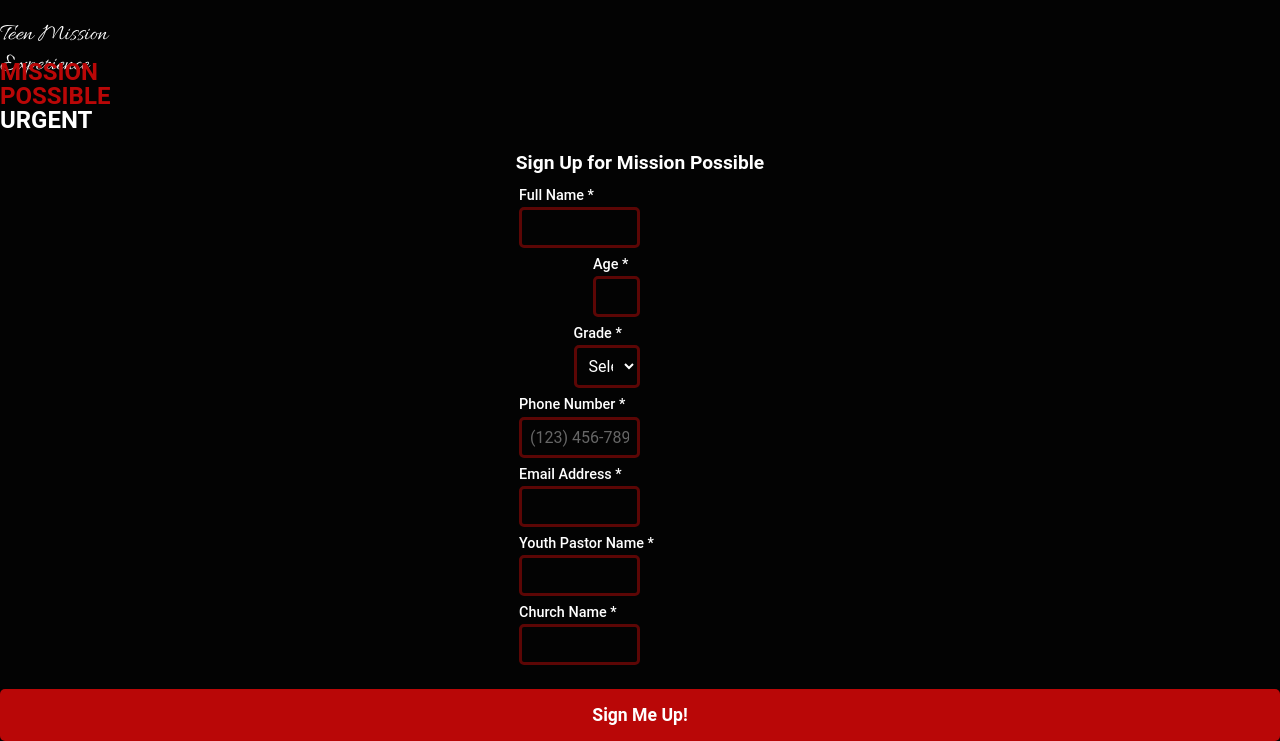
Repository: Aworminator/Wyandotte-Family-Love-Week
Page: index.html
An editor plug-in stored every save of this project. The page is shown before and after a run of saves, followed by the edit.
The browser window is 1280 px wide. The pictures show the whole page.

Above is the page before, as saved 2025-11-01 09:40:15.

After the next 2 saves:
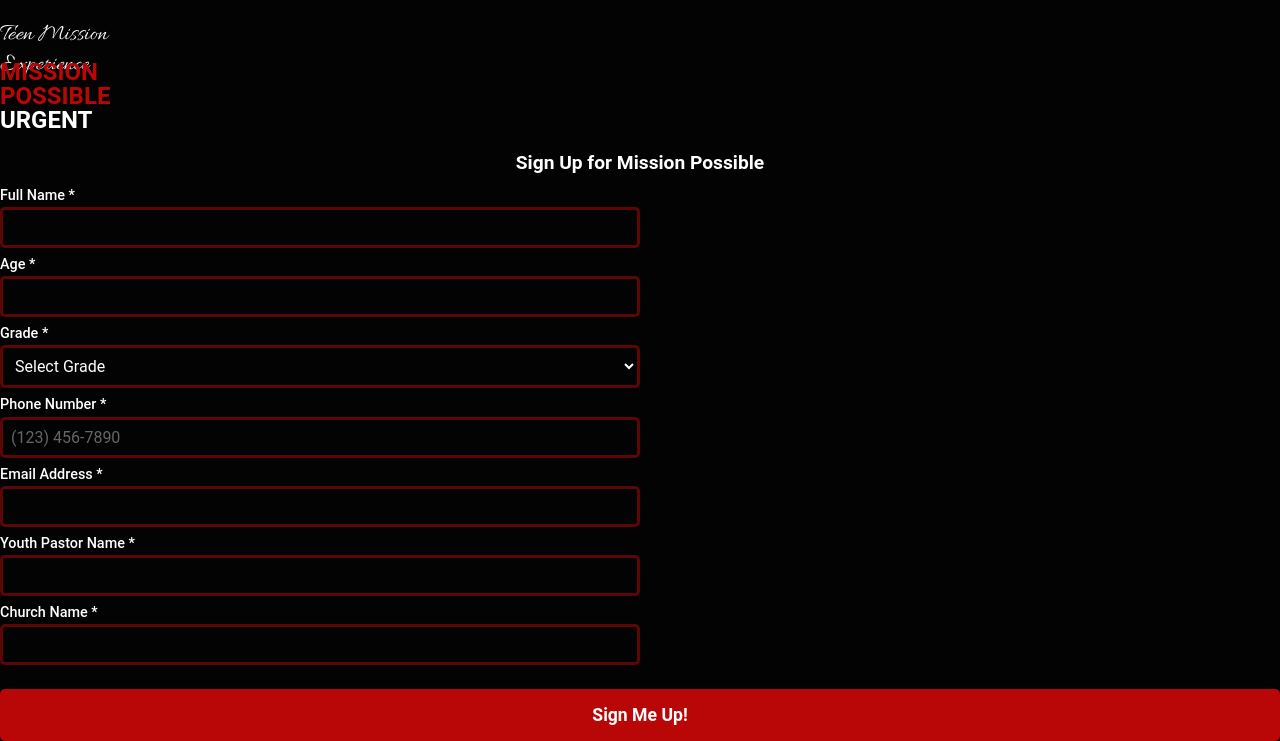
The 2 saves are shown as one change because they came seconds apart.
The last was saved 10 s later.
--- a/style.css
+++ b/style.css
@@ -90,8 +90,6 @@
 #signupForm {
   display: flex;
   flex-direction: column;
-  justify-content: flex-end;
-  align-items: center;
 }
 
 .form-group input,

After the 5 saves that followed:
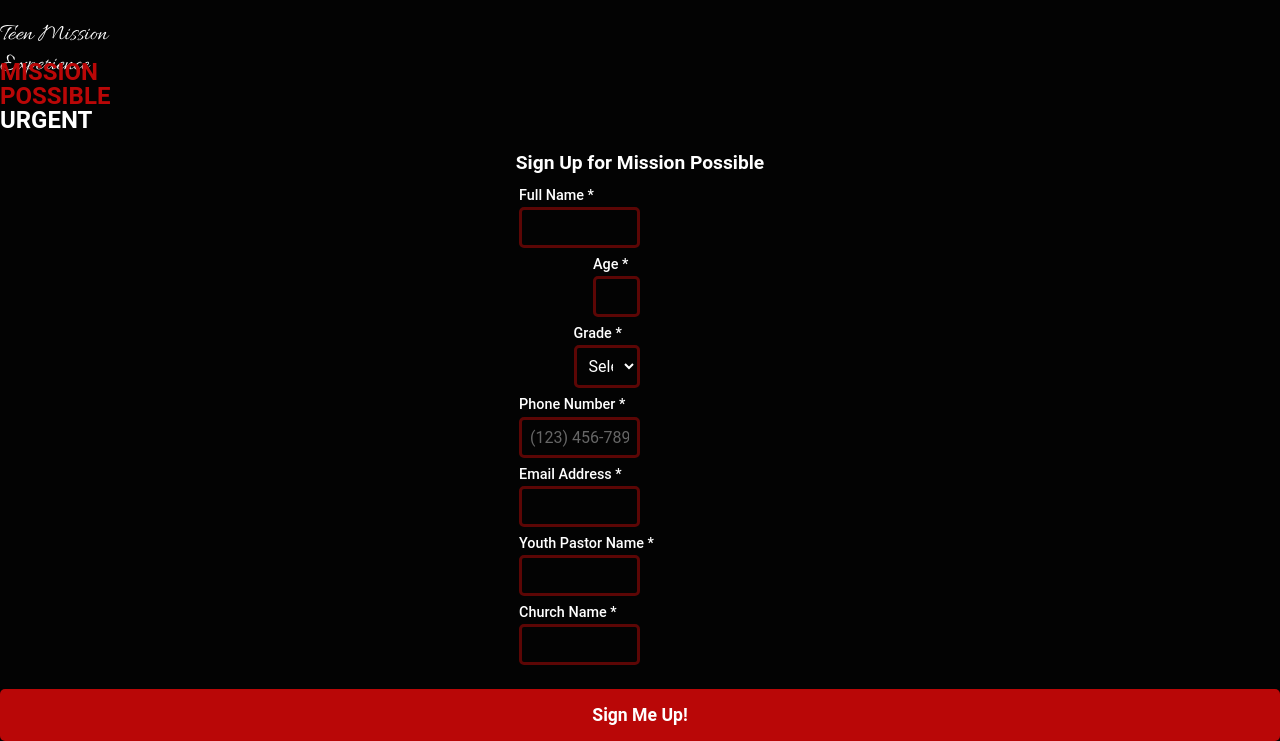
The 5 saves are shown as one change because 2 left the picture as it was and some came seconds apart.
The last was saved 18 s later.
--- a/style.css
+++ b/style.css
@@ -90,6 +90,7 @@
 #signupForm {
   display: flex;
   flex-direction: column;
+  align-items: center;
 }
 
 .form-group input,
